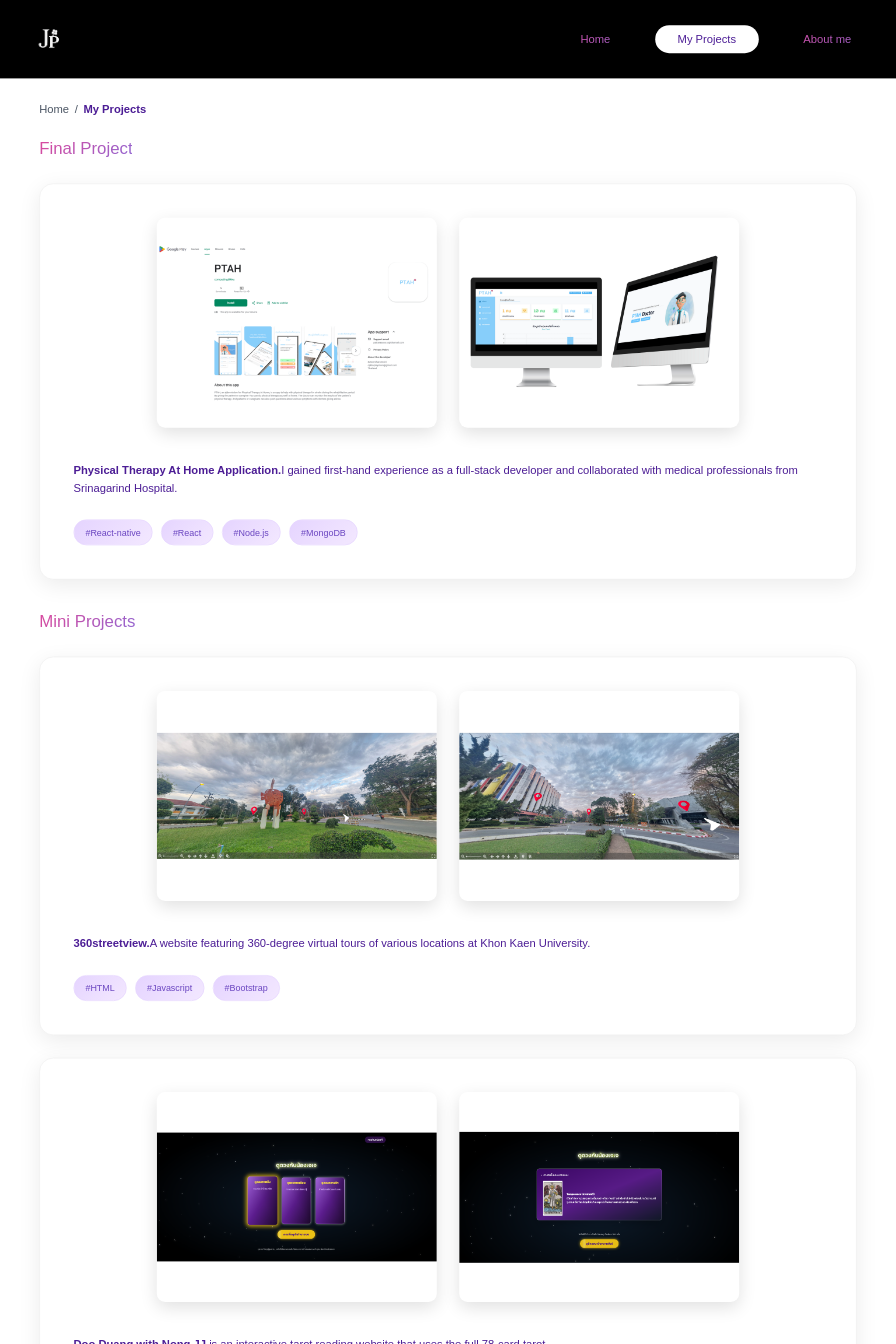
Repository: PattarasayaJJ/Portfolio-jjpatts
Page: /works
The author's editor kept a copy of each file at every save. The page is drawn from the files as they stood at one save, then again after the next save.
The browser window is 1280 px wide. The pictures show the part of the page from y = 0 to 1920 px (the page is 4677 px tall before and 4713 px after), at 70% of full size.
The project was rebuilt for these pictures with package versions that can differ from the ones it lists, and the page was loaded fresh each time. Also part of the build but not shown: vite.config.js, vite.config.ts, src/header.css, src/hero.css, src/components/Hero.jsx, src/components/Aboutme.jsx.

Above is the page before, as saved 2025-08-03 23:44:51.

After the next save:
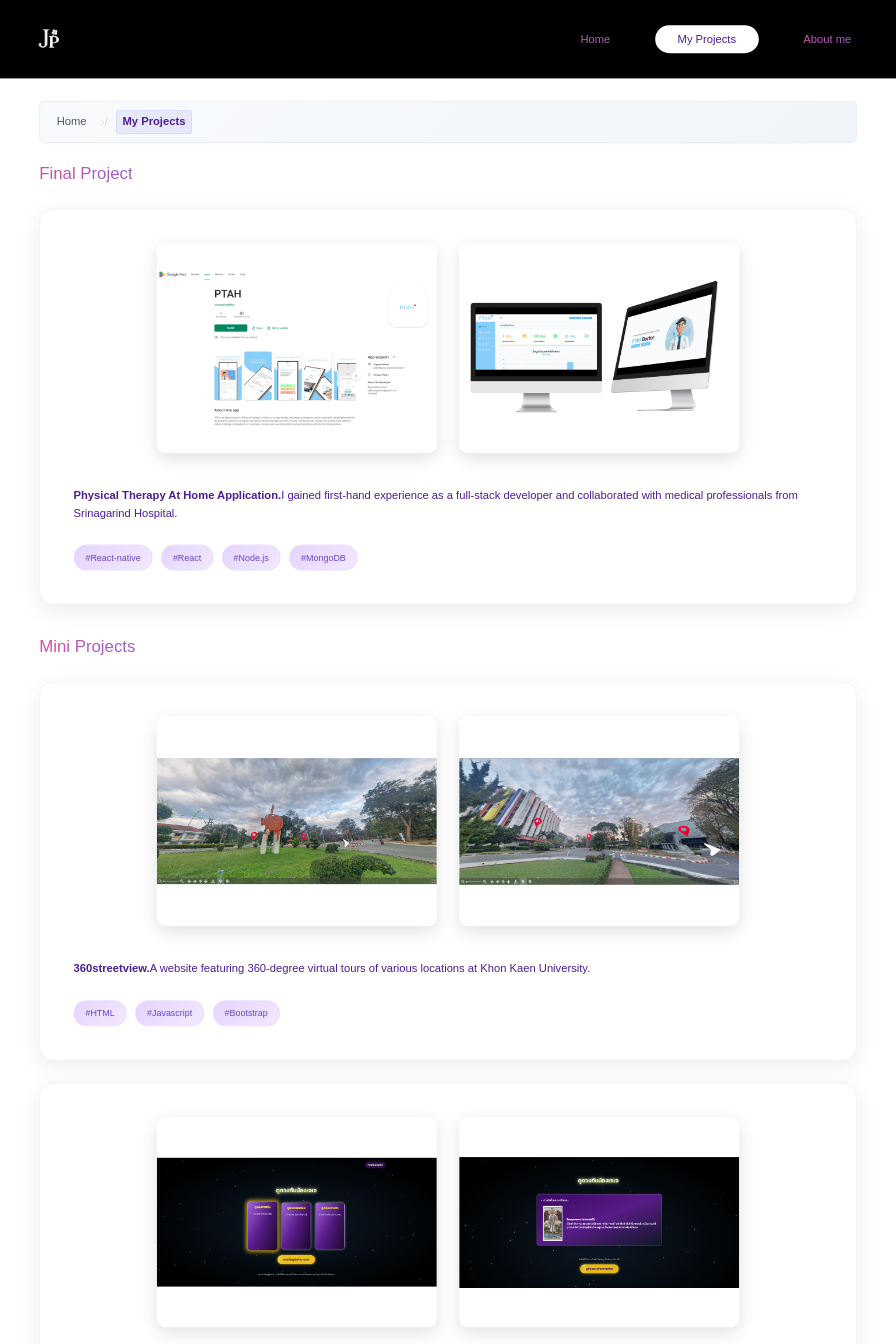
Saved 80 s later.
--- a/src/work.css
+++ b/src/work.css
@@ -16,26 +16,60 @@
 
 .breadcrumb {
   margin-bottom: 2rem;
-  font-size: 0.9rem;
-  color: #666;
+  padding: 0.75rem 1rem;
+  font-size: 0.875rem;
+  color: #64748b;
+  background: linear-gradient(135deg, #f8fafc 0%, #f1f5f9 100%);
+  border-radius: 0.5rem;
+  border: 1px solid #e2e8f0;
+  box-shadow: 0 1px 3px rgba(0, 0, 0, 0.05);
+  display: flex;
+  align-items: center;
+  flex-wrap: wrap;
+  gap: 0.25rem;
 }
 
 .breadcrumb-link {
-  color: #666;
+  color: #64748b;
   text-decoration: none;
+  padding: 0.25rem 0.5rem;
+  border-radius: 0.25rem;
+  transition: all 0.2s ease;
+  position: relative;
+  font-weight: 400;
 }
 
 .breadcrumb-link:hover {
-  color: #333;
+  color: #1e293b;
+  background-color: rgba(99, 102, 241, 0.1);
+  transform: translateY(-1px);
+}
+
+.breadcrumb-link:active {
+  transform: translateY(0);
 }
 
 .breadcrumb-separator {
-  margin: 0 0.5rem;
+  margin: 0 0.25rem;
+  color: #cbd5e1;
+  font-weight: 300;
+  user-select: none;
+}
+
+/* Alternative separator using icons */
+.breadcrumb-separator::before {
+  content: "›";
+  font-size: 1.1em;
+  opacity: 0.6;
 }
 
 .breadcrumb-current {
-  color: #333;
-  font-weight: 500;
+  color: #1e293b;
+  font-weight: 600;
+  padding: 0.25rem 0.5rem;
+  background-color: rgba(99, 102, 241, 0.1);
+  border-radius: 0.25rem;
+  border: 1px solid rgba(99, 102, 241, 0.2);
 }
 
 .project-title-text {
